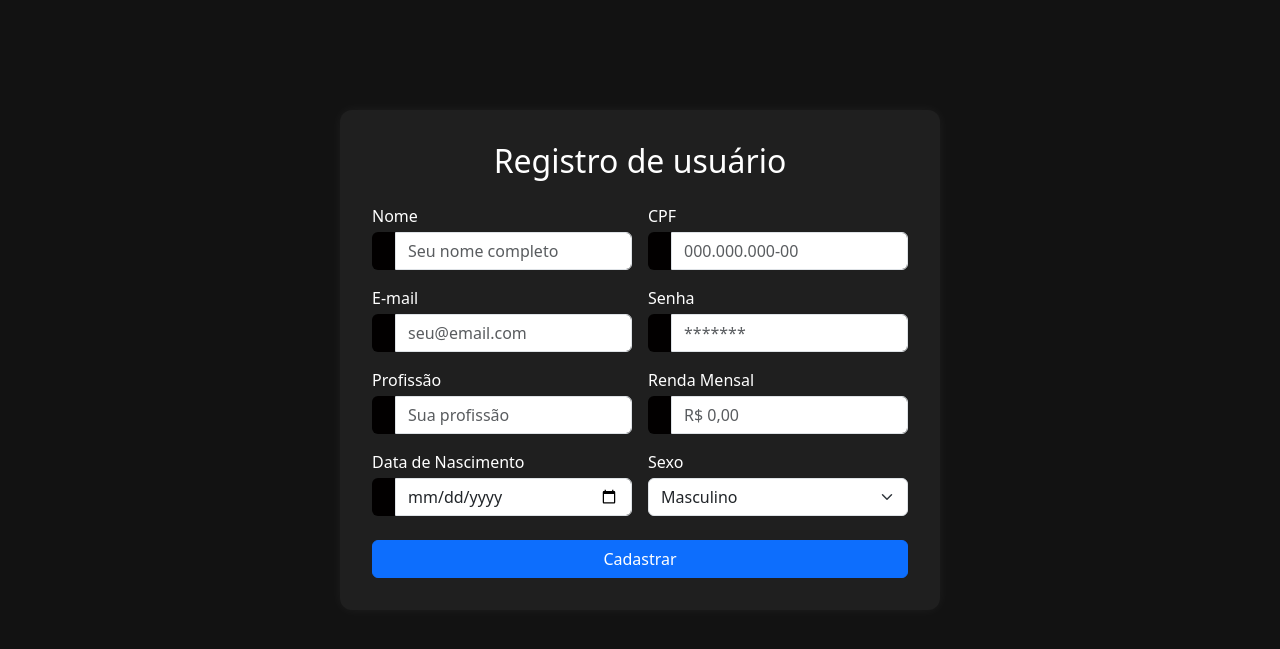
Repository: Suttiago/fasttravel-back
Page: app/templates/Cadastro.html
The author's editor kept a copy of each file at every save. The page is drawn from the files as they stood at one save, then again after the next save.
The browser window is 1280 px wide. The pictures show the whole page.
The template is drawn by Flask 3. The application's start-up code is not run. The template is opened directly, without the code that normally fills it, so the values that code supplies are empty.

Above is the page before, as saved 2025-05-30 09:56:04.

After the next save:
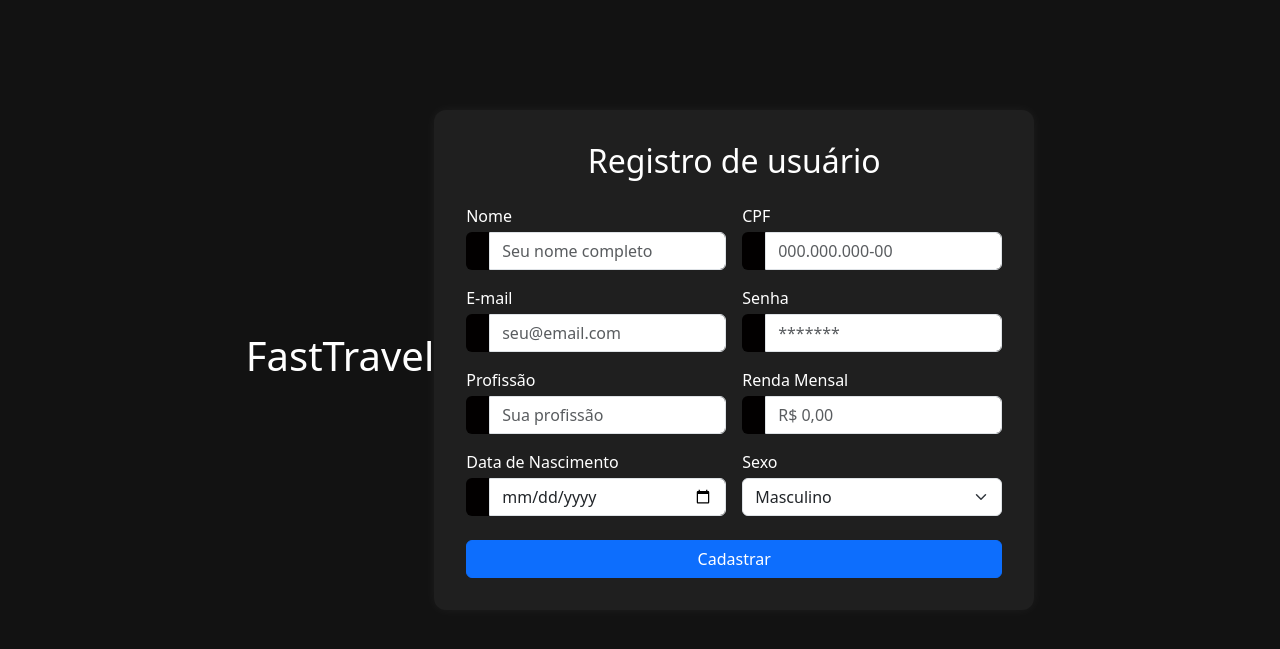
Saved 2 min 19 s later.
--- a/app/templates/Cadastro.html
+++ b/app/templates/Cadastro.html
@@ -2,6 +2,7 @@
 <html lang="pt-br">
 
 <head>
+
   <meta charset="UTF-8">
   <meta name="viewport" content="width=device-width, initial-scale=1.0">
   <title></title>
@@ -11,6 +12,11 @@
 </head>
 
 <body>
+  <div name="logo_title">
+    <h1>FastTravel</h1>
+
+
+  </div>
   <div class="form-container">
     <h2 class="text-center mb-4">Registro de usuário</h2>
     <form action="/usuarios" method="POST">
